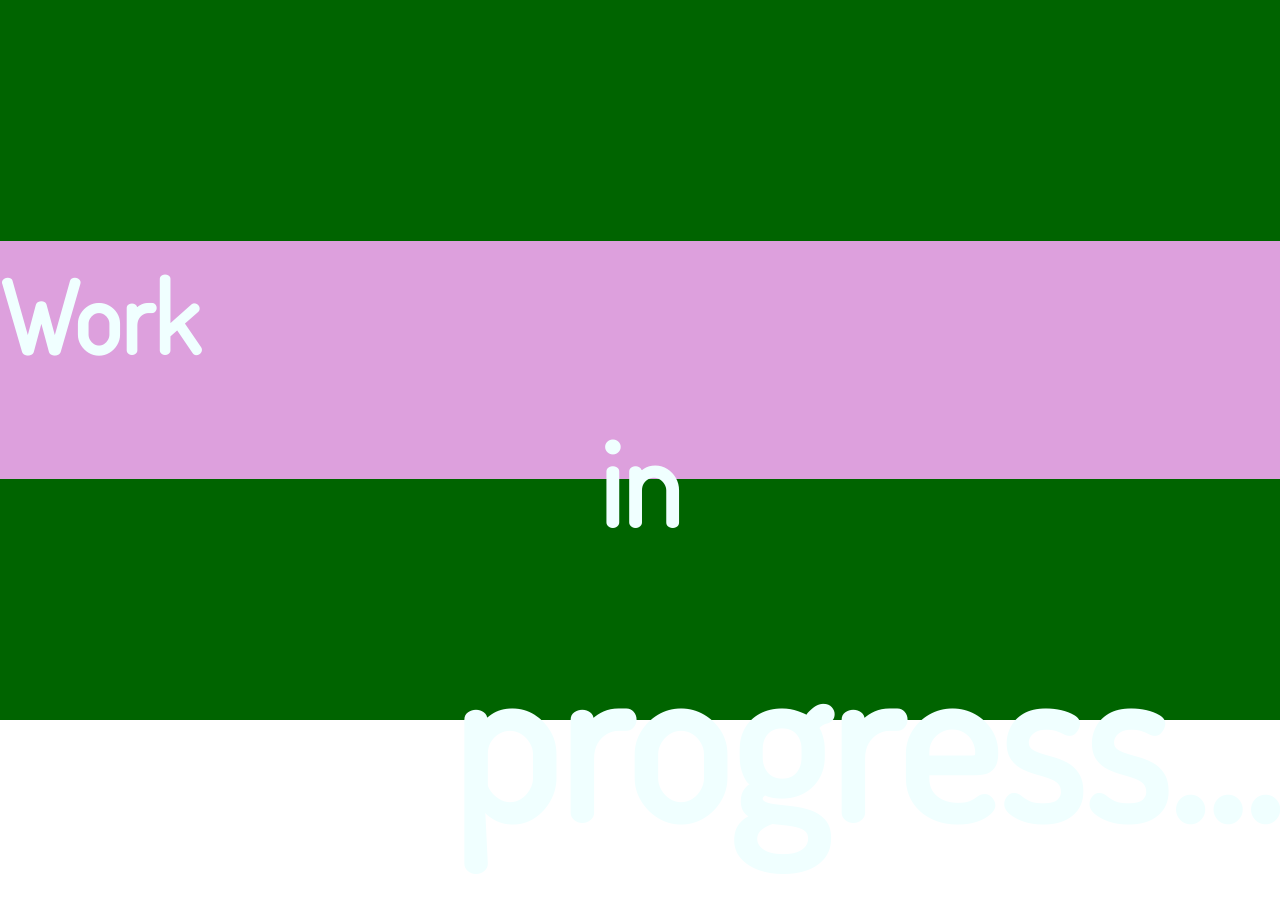
Repository: NollieChtn6/NollieChtn6.github.io
Page: index.html
These files come from the project's save history. The page is drawn as it stood at one moment and after a run of saves; the edit follows.
The browser window is 1280 px wide. The pictures show the whole page.

Above is the page before, as saved 2023-11-10 18:19:05.

After the next 2 saves:
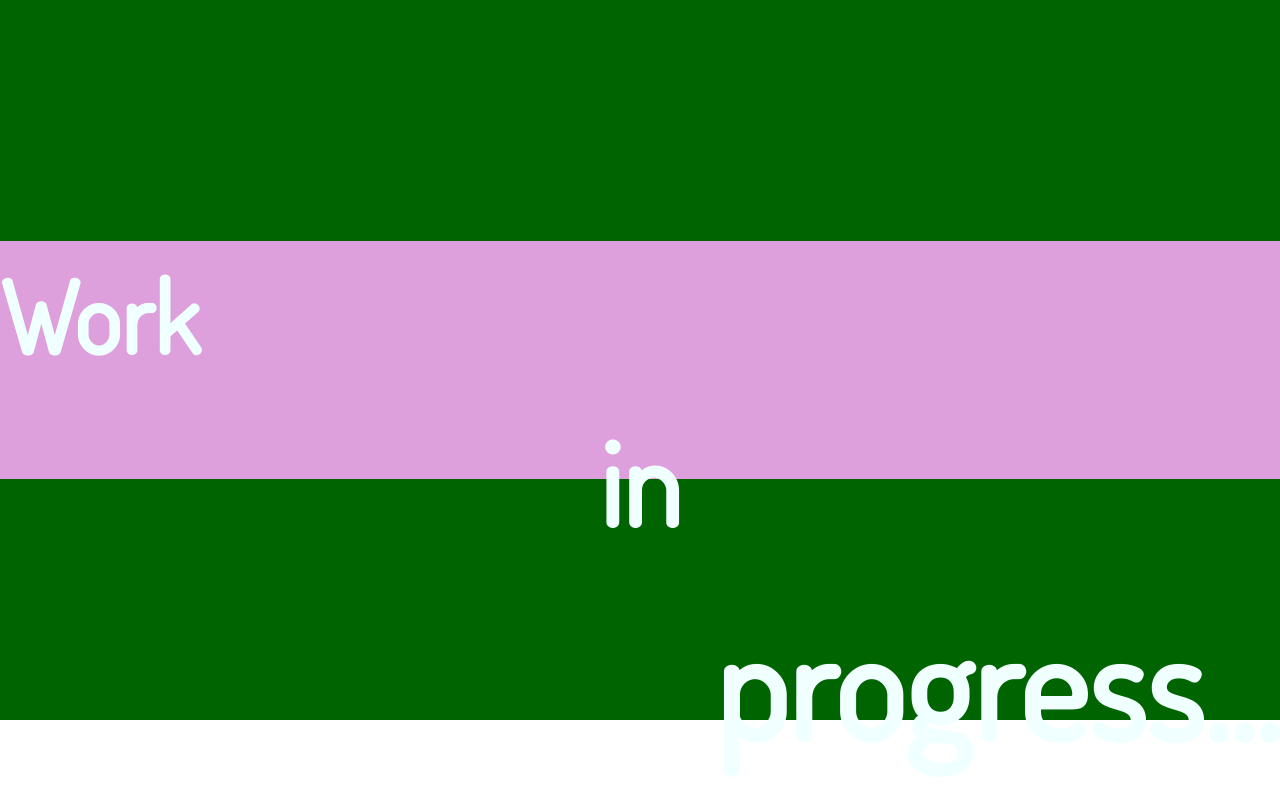
The 2 saves are shown as one change because they came seconds apart.
The last was saved 8 s later.
--- a/css/style.css
+++ b/css/style.css
@@ -76,5 +76,5 @@ h1 {
 
 .main__title--level-3 {
   align-self: end;
-  font-size: 2.2em;
+  font-size: 15rem;
 }
